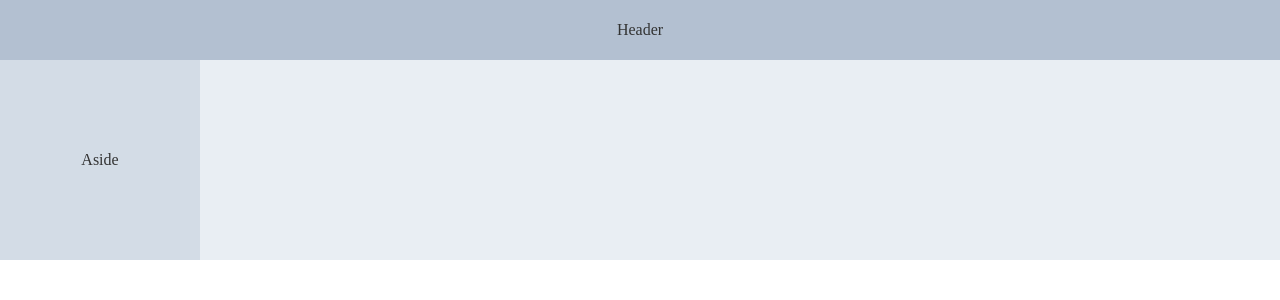
Repository: noob-injoker/router-slots-cw-ee
Page: /
An editor plug-in stored every save of this project. The page is shown before and after the next save, followed by the edit.
The browser window is 1280 px wide. The pictures show the whole page.
The project was rebuilt for these pictures with package versions that can differ from the ones it lists, and the page was loaded fresh each time. Also part of the build but not shown: vue.config.js, src/views/Home.vue.

Above is the page before, as saved 2020-08-29 23:29:09.

After the next save:
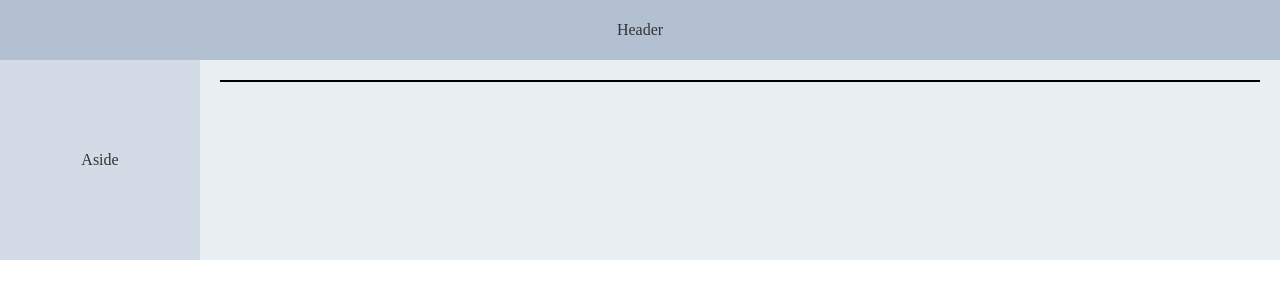
Saved 70 s later.
--- a/src/views/Layout.vue
+++ b/src/views/Layout.vue
@@ -6,7 +6,7 @@
       <el-aside width="200px">Aside</el-aside>
       <el-main>
 
-        <div>
+        <div class="b1">
           <router-view></router-view>
         </div>
 
